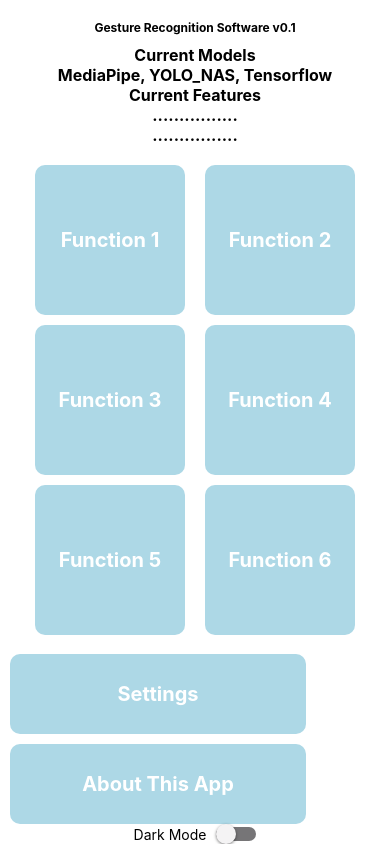
Repository: hajin-park/V-QUIP
Page: / (app in frontend/react-native-app/)
The author's editor kept a copy of each file at every save. The page is drawn from the files as they stood at one save, then again after the next save.
The browser window is 390 px wide. The pictures show the whole page.
The app was drawn by React Native's web renderer in a window 390 px wide. The project was rebuilt for these pictures with package versions that can differ from the ones it lists, and the page was loaded fresh each time.

Above is the page before, as saved 2024-04-08 00:01:24.

### frontend/react-native-app/App.js
import React, { useState } from 'react';
import { StatusBar } from 'expo-status-bar';
import { StyleSheet, Text, View, TouchableOpacity, Switch } from 'react-native';

export default function App() {
  const [darkMode, setDarkMode] = useState(false);

  const handleOptionClick = (option) => {
    // Handle click event for the selected option
    console.log(`Function ${option} clicked`);
  };

  return (
    <View style={[styles.container, darkMode && styles.darkContainer]}>
      <Text style={[styles.title, darkMode && styles.darkText]}>Gesture Recognition Software v0.1</Text>
      <View style={styles.infoBox}>
        <Text style={[styles.infoText, darkMode && styles.darkText]}>Current Models</Text>
        <Text style={[styles.infoText, darkMode && styles.darkText]}>MediaPipe, YOLO_NAS, Tensorflow</Text>
        <Text style={[styles.infoText, darkMode && styles.darkText]}>Current Features</Text>
        <Text style={[styles.infoText, darkMode && styles.darkText]}>................</Text>
        <Text style={[styles.infoText, darkMode && styles.darkText]}>................</Text>
      </View>
      <View style={styles.content}>
        <View style={styles.row}>
          <TouchableOpacity style={[styles.box, darkMode && styles.darkBox]} onPress={() => handleOptionClick(1)}>
            <Text style={[styles.text, darkMode && styles.darkText]}>Function 1</Text>
          </TouchableOpacity>
          <TouchableOpacity style={[styles.box, darkMode && styles.darkBox]} onPress={() => handleOptionClick(2)}>
            <Text style={[styles.text, darkMode && styles.darkText]}>Function 2</Text>
          </TouchableOpacity>
        </View>
        <View style={styles.row}>
          <TouchableOpacity style={[styles.box, darkMode && styles.darkBox]} onPress={() => handleOptionClick(3)}>
            <Text style={[styles.text, darkMode && styles.darkText]}>Function 3</Text>
          </TouchableOpacity>
          <TouchableOpacity style={[styles.box, darkMode && styles.darkBox]} onPress={() => handleOptionClick(4)}>
            <Text style={[styles.text, darkMode && styles.darkText]}>Function 4</Text>
          </TouchableOpacity>
        </View>
        <View style={styles.row}>
          <TouchableOpacity style={[styles.box, darkMode && styles.darkBox]} onPress={() => handleOptionClick(5)}>
            <Text style={[styles.text, darkMode && styles.darkText]}>Function 5</Text>
          </TouchableOpacity>
          <TouchableOpacity style={[styles.box, darkMode && styles.darkBox]} onPress={() => handleOptionClick(6)}>
            <Text style={[styles.text, darkMode && styles.darkText]}>Function 6</Text>
          </TouchableOpacity>
        </View>
      </View>
      {/* Settings and About This App boxes */}
      <View style={styles.horizontalContainer}>
        <TouchableOpacity style={[styles.horizontalBox, darkMode && styles.darkBox]} onPress={() => handleOptionClick('Settings')}>
          <Text style={[styles.text, darkMode && styles.darkText]}>Settings</Text>
        </TouchableOpacity>
      </View>
      <View>
          <TouchableOpacity style={[styles.horizontalBox, darkMode && styles.darkBox]} onPress={() => handleOptionClick('About')}>
          <Text style={[styles.text, darkMode && styles.darkText]}>About This App</Text>
          </TouchableOpacity>
      </View>
      <View style={styles.darkModeSwitchContainer}>
        <Text style={[styles.darkModeText, darkMode && styles.darkText]}>Dark Mode</Text>
        <Switch
          trackColor={{ false: "#767577", true: "#81b0ff" }}
          thumbColor={darkMode ? "#f5dd4b" : "#f4f3f4"}
          ios_backgroundColor="#3e3e3e"
          onValueChange={() => setDarkMode(!darkMode)}
          value={darkMode}
        />
      </View>
      <StatusBar style="auto" />
    </View>
  );
}

const styles = StyleSheet.create({
  container: {
    flex: 1,
    backgroundColor: '#fff',
    paddingHorizontal: 10,
    paddingTop: 20,
  },
  darkContainer: {
    backgroundColor: '#121212',
  },
  title: {
    fontSize: 12,
    fontWeight: 'bold',
    marginBottom: 10,
    textAlign: 'center',
  },
  darkText: {
    color: '#ffffff',
  },
  infoBox: {
    alignItems: 'center',
    marginBottom: 20,
  },
  infoText: {
    fontSize: 16,
    fontWeight: 'bold',
    color: '#000000',
  },
  content: {
    flex: 1,
    alignItems: 'center',
  },
  row: {
    flexDirection: 'row',
    justifyContent: 'center',
    marginBottom: 10,
  },
  box: {
    width: 150,
    height: 150,
    backgroundColor: '#ADD8E6', // Light blue color
    borderRadius: 10, // Rounded edges
    alignItems: 'center',
    justifyContent: 'center',
    marginHorizontal: 10,
  },
  text: {
    fontSize: 20,
    fontWeight: 'bold',
    color: '#FFFFFF', // White text color
  },
  darkBox: {
    backgroundColor: '#2d2d2d', // Dark gray color
  },
  horizontalContainer: {
    flexDirection: 'row',
    justifyContent: 'space-between',
    marginBottom: 10,
  },
  horizontalBox: {
    width: '80%',
    height: 80,
    backgroundColor: '#ADD8E6', // Light blue color
    borderRadius: 10, // Rounded edges
    alignItems: 'center',
    justifyContent: 'center',
  },
  darkModeSwitchContainer: {
    flexDirection: 'row',
    alignItems: 'center',
    justifyContent: 'center',
  },
  darkModeText: {
    marginRight: 10,
    color: '#000000',
  },
});

After the next save:
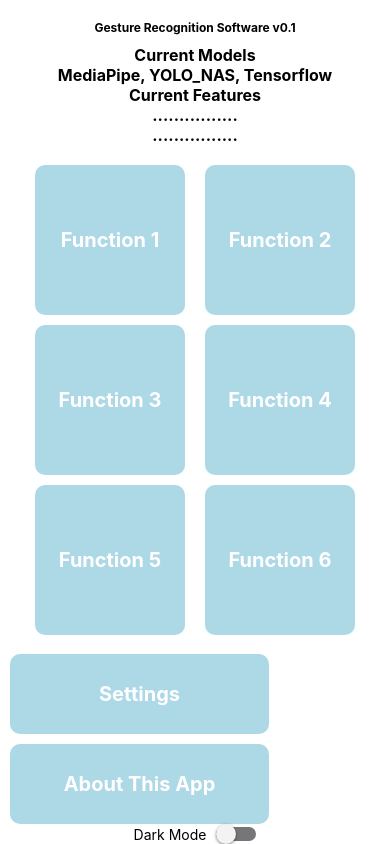
Saved 26 s later.
--- a/frontend/react-native-app/App.js
+++ b/frontend/react-native-app/App.js
@@ -132,7 +132,7 @@ const styles = StyleSheet.create({
     marginBottom: 10,
   },
   horizontalBox: {
-    width: '80%',
+    width: '70%',
     height: 80,
     backgroundColor: '#ADD8E6', // Light blue color
     borderRadius: 10, // Rounded edges
